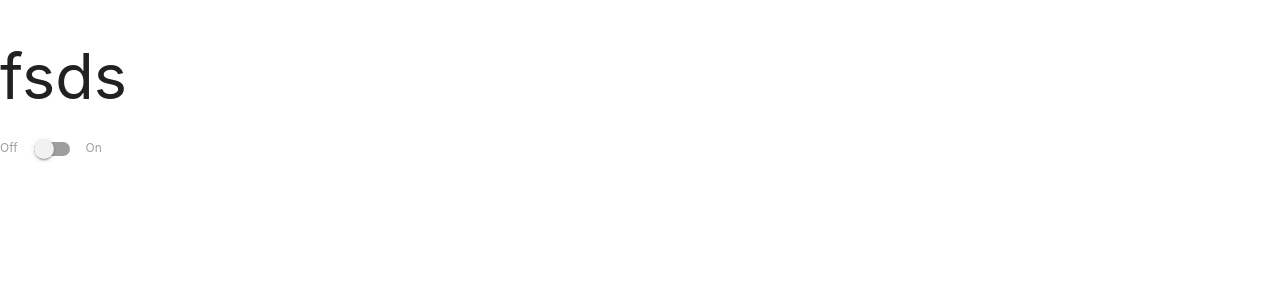
Repository: imrvj/Dark-Light-Mode
Page: /
An editor plug-in stored every save of this project. The page is shown before and after the next save, followed by the edit.
The browser window is 1280 px wide. The pictures show the whole page.
The project was rebuilt for these pictures with package versions that can differ from the ones it lists, and the page was loaded fresh each time.

Above is the page before, as saved 2020-02-20 12:49:45.

### public/index.html
<!DOCTYPE html>
<html lang="en">
  <head>
    <meta charset="utf-8" />
    <link rel="icon" href="%PUBLIC_URL%/favicon.ico" />
    <meta name="viewport" content="width=device-width, initial-scale=1" />
    <meta name="theme-color" content="#000000" />
    <meta
      name="description"
      content="Web site created using create-react-app"
    />
    <link rel="apple-touch-icon" href="%PUBLIC_URL%/logo192.png" />
    <!--
      manifest.json provides metadata used when your web app is installed on a
      user's mobile device or desktop. See https://developers.google.com/web/fundamentals/web-app-manifest/
    -->
    <link rel="manifest" href="%PUBLIC_URL%/manifest.json" />
    <!--
      Notice the use of %PUBLIC_URL% in the tags above.
      It will be replaced with the URL of the `public` folder during the build.
      Only files inside the `public` folder can be referenced from the HTML.

      Unlike "/favicon.ico" or "favicon.ico", "%PUBLIC_URL%/favicon.ico" will
      work correctly both with client-side routing and a non-root public URL.
      Learn how to configure a non-root public URL by running `npm run build`.
    -->

    <!-- Compiled and minified CSS -->
    <link rel="stylesheet" href="https://cdnjs.cloudflare.com/ajax/libs/materialize/1.0.0/css/materialize.min.css">

    <title>React App</title>
  </head>
  <body>
    <noscript>You need to enable JavaScript to run this app.</noscript>
    <div id="root"></div>
    <!--
      This HTML file is a template.
      If you open it directly in the browser, you will see an empty page.

      You can add webfonts, meta tags, or analytics to this file.
      The build step will place the bundled scripts into the <body> tag.

      To begin the development, run `npm start` or `yarn start`.
      To create a production bundle, use `npm run build` or `yarn build`.
    -->
     <!-- Compiled and minified JavaScript -->
     <script src="https://cdnjs.cloudflare.com/ajax/libs/materialize/1.0.0/js/materialize.min.js"></script>

  </body>
</html>

### src/App.js
import React, { Component } from 'react'

class App extends Component {
  constructor(props) {
    super(props)

    this.state = {

    }
  }

  render() {
    return (
      <div>
        <h1>fsds</h1>
        <div className="switch">
    <label>
      Off
      <input type="checkbox"/>
      <span className="lever"></span>
      On
    </label>
  </div>
      </div>
    )
  }
}

export default App

Loaded but not shown: src/index.js (common file); src/index.css (common file); src/serviceWorker.js (common file)

After the next save:
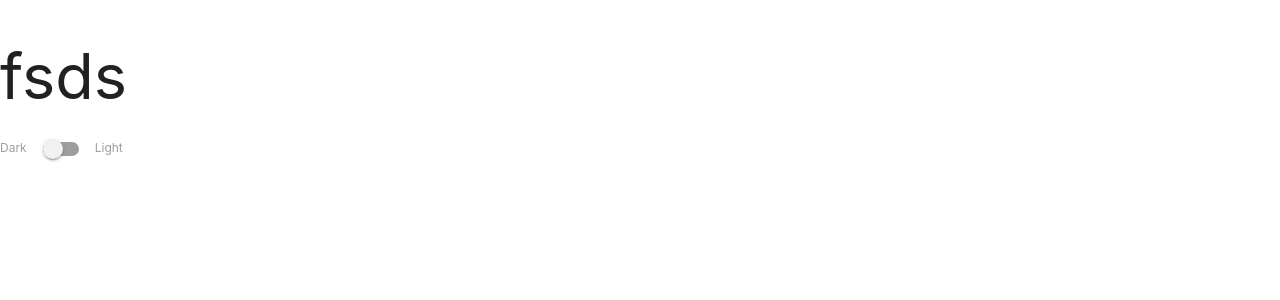
Saved 10 s later.
--- a/src/App.js
+++ b/src/App.js
@@ -15,10 +15,10 @@ class App extends Component {
         <h1>fsds</h1>
         <div className="switch">
     <label>
-      Off
+      Dark
       <input type="checkbox"/>
       <span className="lever"></span>
-      On
+      Light
     </label>
   </div>
       </div>
